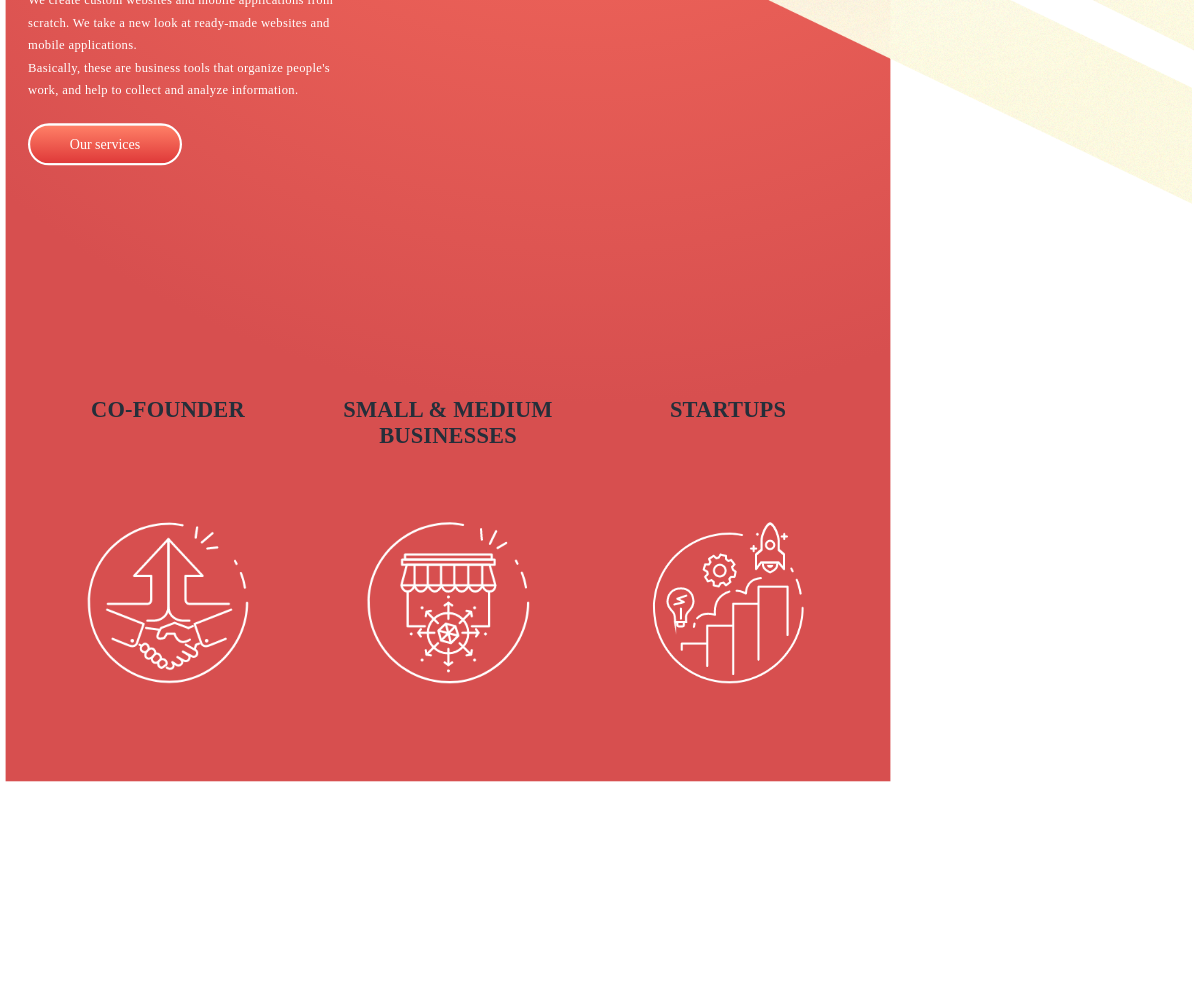
Repository: batonAnton/Ukiepro_girl
Page: MainPage.html
The author's editor kept a copy of each file at every save. The page is drawn from the files as they stood at one save, then again after the next save.
The browser window is 1280 px wide. The page is 1706 px wide, so the pictures cover 1706 px, including what lies to the right of the window. The pictures show the part of the page from y = 2663 to 4103 px (the page is 4103 px tall), at 70% of full size.

Above is the page before, as saved 2020-03-15 19:00:54.

### MainPage.html
<!DOCTYPE html>
<html lang="en">
  <head>
    <meta charset="UTF-8" />
    <meta name="viewport" content="width=device-width, initial-scale=1.0" />
    <title>Main Page</title>
    <link rel="stylesheet" href="./Css/style.css" />
  </head>
  <body>
    <div>
      <div class="block1">
        <nav>
          <a href="">services</a>
          <a href="">about</a>
          <a href="">portfolio</a>
          <a href="">contact</a>
        </nav>
        <div class="big_logo">
          <img src="./img/Combined_Shape.png" alt="" />

          <div class="btn_block1">
            <p>
              Automating your <br />
              business is up to
            </p>

            <button>Contact us</button>
          </div>
        </div>
        <div class="girl">
          <img src="./img/girl.png" alt="" />
        </div>
      </div>

      <div class="container block2">
        <div class="block2_info">
          <div class="block2_img">
            <img src="/img/block2_logo.png" alt="" />
          </div>

          <div class="weare">
            <h1>we are</h1>
            <p>
              Business is not about success but about efficiency! <br />
              We are engaged in the implementation of automated <br />
              solutions for commercially-oriented projects. We <br />
              redesign in order to save your time and money.
            </p>
            <button>More about us</button>
          </div>
        </div>

        <div class="container  three_img_info">
          <div class="same_img_info">
            <h1>designers</h1>
            <img src="./img/designer.png" alt="" />
            <p>create</p>
          </div>

          <div class="same_img_info">
            <h1>developers</h1>
            <img src="./img/developers.png" alt="" />
            <p>programme</p>
          </div>

          <div class="same_img_info">
            <h1>qa testers</h1>
            <img src="./img/qa.png" alt="" />
            <p>quality</p>
          </div>
        </div>

        <div class=" container block2_info2">
          <div class="wemake">
            <h1>we make</h1>

            <p>
              New tools for organizing new approaches and principles of <br />
              work. <br />
              We create custom websites and mobile applications from <br />
              scratch. We take a new look at ready-made websites and <br />
              mobile applications. <br />
              Basically, these are business tools that organize people's <br />
              work, and help to collect and analyze information.
            </p>

            <button>Our services</button>
          </div>

          <div class="block2_img_rombo">
            <img src="/img/rombo.png" alt="" />
          </div>
        </div>

        <div class="container block2_info2">
          <div class="same_img_info">
            <h1>co-founder</h1>
            <img src="./img/co-founder.png" alt="" />
          </div>

          <div class="same_img_info">
            <h1>
              small & medium <br />
              businesses
            </h1>
            <img src="./img/business.png" alt="" />
          </div>

          <div class="same_img_info">
            <h1>startups</h1>
            <img src="./img/startup.png" alt="" />
          </div>
        </div>
      </div>
    </div>
  </body>
</html>

### Css/style.css
* {
  max-width: 100%;
}
button {
  width: 220px;
  height: 60px;
  border: none;
  border-radius: 33px;
  background-image: linear-gradient(180deg, #ff8067 0%, #df3939 100%);
  color: #ffffff;
  font-family: "Museo -700";
  font-size: 20px;
}
.container {
  max-width: 100%;
  width: 1100px;
  margin-left: auto;
  margin-right: auto;
}
.block1 {
  width: 100%;
  height: 920px;
  position: relative;
  box-shadow: -8px 1px 116px rgba(0, 0, 0, 0.21);
  background-image: radial-gradient(
    circle 1673px at 29.24% 114.02%,
    #22466c 0%,
    #0e1f39 100%
  );
  /* opacity: -1; */
  z-index: 2;
}

.block1 nav {
  max-width: 100%;
  width: 1050px;
  margin-left: auto;
  margin-right: auto;
  margin-top: 0;
  padding-top: 40px;

  height: 19px;
  text-align: right;
  color: #ffffff;
  font-family: "Museo 500- Regular";
  font-size: 16px;
  font-weight: 400;
  letter-spacing: 0.89px;
}
.block1 nav a {
  width: 446px;
  height: 19px;
  color: #ffffff;
  font-family: "Museo 500- Regular";
  font-size: 16px;
  font-weight: 400;
  letter-spacing: 0.84px;
  /* Text style for "Services" */
  letter-spacing: 0.89px;
  text-transform: capitalize;
}

.block1 nav a + a {
  margin-left: 30px;
}
.big_logo {
  margin: 0 auto;
  max-width: 100%;
  width: 1200px;
  text-align: center;
}
.block1 img {
  max-width: 100%;
  width: 1226px;
  height: 309px;
  margin: 0 auto;
  padding-top: 75px;
  margin-left: auto;
  margin-right: auto;
}

p {
  margin-block-start: 0em;
  margin-block-end: 0em;
}

.block1 p {
  width: 350px;
  height: 103px;
  opacity: 0.8;
  color: #ffffff;
  font-family: "Exo 2.0- Bold";
  font-size: 30px;
  font-weight: 700;
  letter-spacing: -0.03px;
  line-height: 40px;
}
.block1 button {
  width: 220px;
  height: 60px;
  border: none;
  border-radius: 33px;
  background-image: linear-gradient(180deg, #ff8067 0%, #df3939 100%);
  color: #ffffff;
  font-family: "Museo -700";
  font-size: 20px;
}
.btn_block1 {
  text-align: left;
  margin-left: 50px;
  margin-top: 80px;
}
.block1 button {
  margin-top: 50px;
}

.block1 .girl img {
  width: 729px;
  height: 957px;
  position: absolute;
  top: 25%;
  left: 35%;
}

.block2 {
  width: 1922px;
  height: 2851px;
  background-image: radial-gradient(
    circle 1288px at 65.32% 35.97%,
    #ff7260 0%,
    #d74f4f 100%
  );
  z-index: 0;
}
.block2_info {
  height: 895px;
  width: 1200px;
  margin-left: auto;
  margin-right: auto;
}

.block2_img {
  width: 1306px;
  height: 895px;
  left: -25%;
  top: 85%;
  position: absolute;
}

.weare {
  float: right;
  margin: 10% 20%;
}

.weare h1 {
  height: 70px;
  color: #242f3a;
  font-family: "Exo 2.0- Bold";
  font-size: 60px;
  font-weight: 700;
  letter-spacing: 0.52px;
  text-transform: uppercase;
}

.weare p {
  height: 219px;
  /* opacity: 0.9; */
  color: #ffffff;
  font-family: "Museo 500- Regular";
  font-size: 18px;
  font-weight: 400;
  letter-spacing: 0.48px;
  line-height: 32px;
  /* Text style for "Business i" */
  font-family: "Museo -700";
}

.block2_info button {
  width: 220px;
  height: 60px;
  border-radius: 33px;
  border: 3px solid #ffffff;
}

.three_img_info {
  display: flex;
  flex-direction: row;
  height: 490px;
}

.three_img_info h1 {
  height: 38px;
  color: #242f3a;
  font-family: "Exo 2.0- Bold";
  font-size: 32px;
  font-weight: 700;
  letter-spacing: 0.28px;
  text-transform: uppercase;
}

.same_img_info {
  width: 50%;
  text-align: center;
}

.same_img_info img {
  height: 230px;
  margin-top: 90px;
}

.same_img_info p {
  width: 50px;
  margin-top: -60%;
  transform: rotate(90deg);
  color: #ff9291;
  font-family: "Exo 2.0- Bold";
  font-size: 42px;
  font-weight: 700;
  letter-spacing: 0.37px;
  text-transform: uppercase;
}

.block2_info2 {
  display: flex;
  flex-direction: row;
  height: 895px;
  width: 1200px;
  margin-left: auto;
  margin-right: auto;
}

.wemake {
  margin-top: 10%;
}
.wemake h1 {
  height: 70px;
  color: #242f3a;
  font-family: "Exo 2.0- Bold";
  font-size: 60px;
  font-weight: 700;
  letter-spacing: 0.52px;
  text-transform: uppercase;
}

.wemake p {
  height: 256px;
  /* opacity: 0.9; */
  color: #ffffff;
  font-family: "Museo 500- Regular";
  font-size: 18px;
  font-weight: 400;
  letter-spacing: 0.48px;
  line-height: 32px;
  /* Text style for "Business i" */
  font-family: "Museo -700";
}

.block2_info2 button {
  width: 220px;
  height: 60px;
  border-radius: 33px;
  border: 3px solid #ffffff;
}

/* rombo property */

.block2_img_rombo {
  width: 976px;
  height: 1479px;
  left: 57%;
  top: 205%;
  position: absolute;
}

.same_img_info h1 {
  height: 68px;
  color: #242f3a;
  font-family: "Exo 2.0- Bold";
  font-size: 32px;
  font-weight: 700;
  letter-spacing: 0.28px;
  text-transform: uppercase;
}

After the next save:
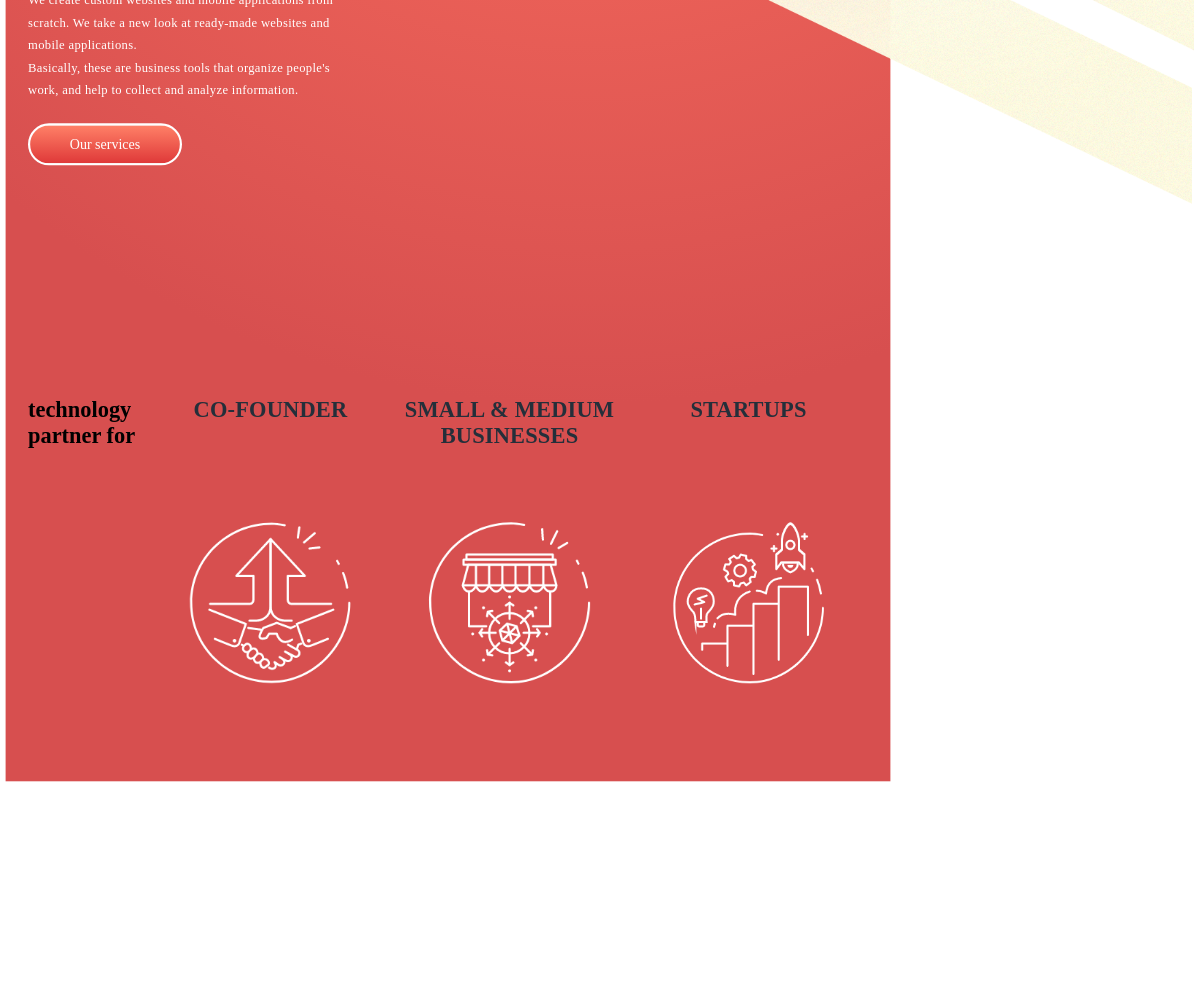
Saved 2 min 25 s later.
--- a/MainPage.html
+++ b/MainPage.html
@@ -93,6 +93,8 @@
         </div>
 
         <div class="container block2_info2">
+
+          <h1 class="">technology partner for</h1>
           <div class="same_img_info">
             <h1>co-founder</h1>
             <img src="./img/co-founder.png" alt="" />
